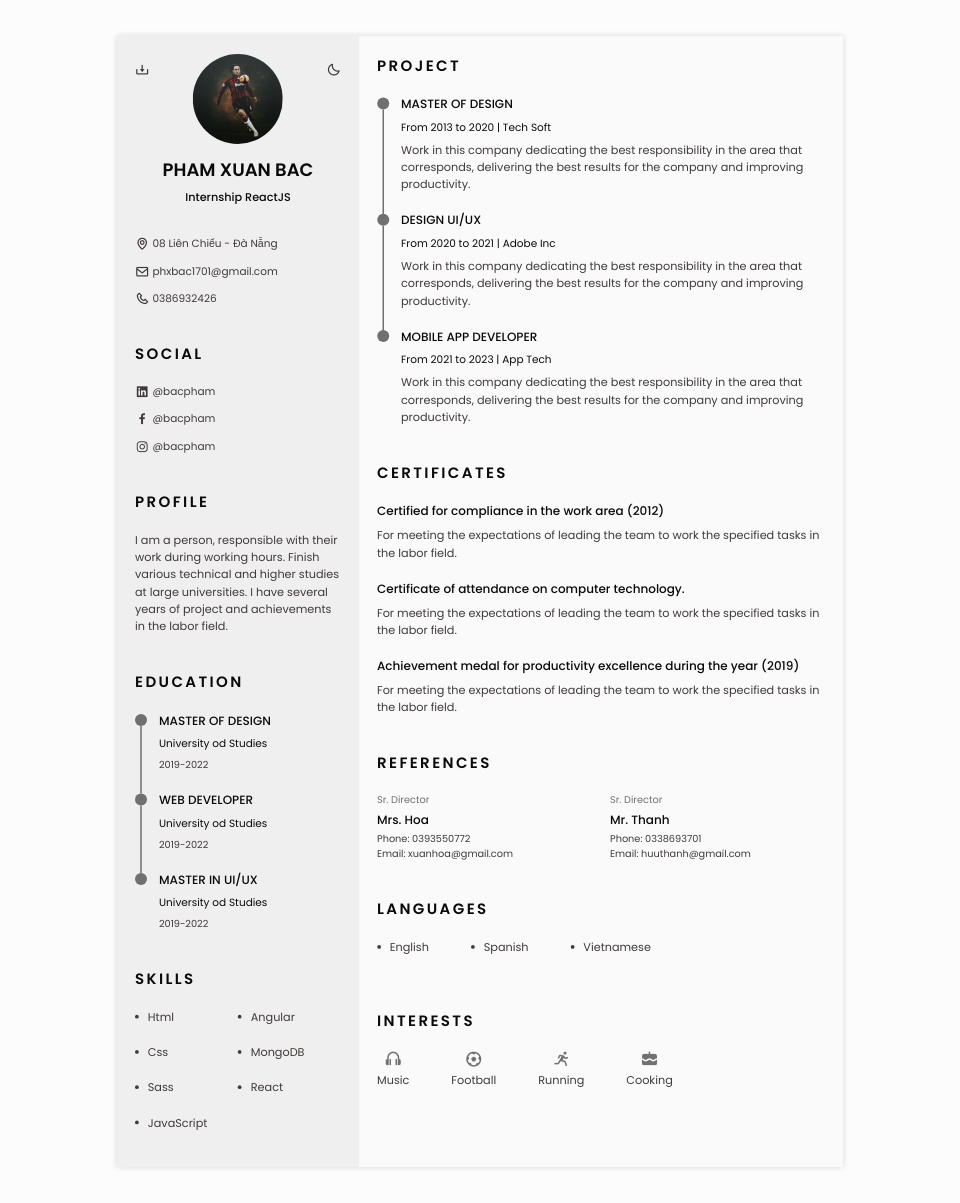
Repository: northpx/myCV
Page: index.html
The author's editor kept a copy of each file at every save. The page is drawn from the files as they stood at one save, then again after the next save.
The browser window is 1280 px wide. The pictures show the whole page, at 75% of full size.

Above is the page before, as saved 2023-02-23 16:13:42.

After the next save:
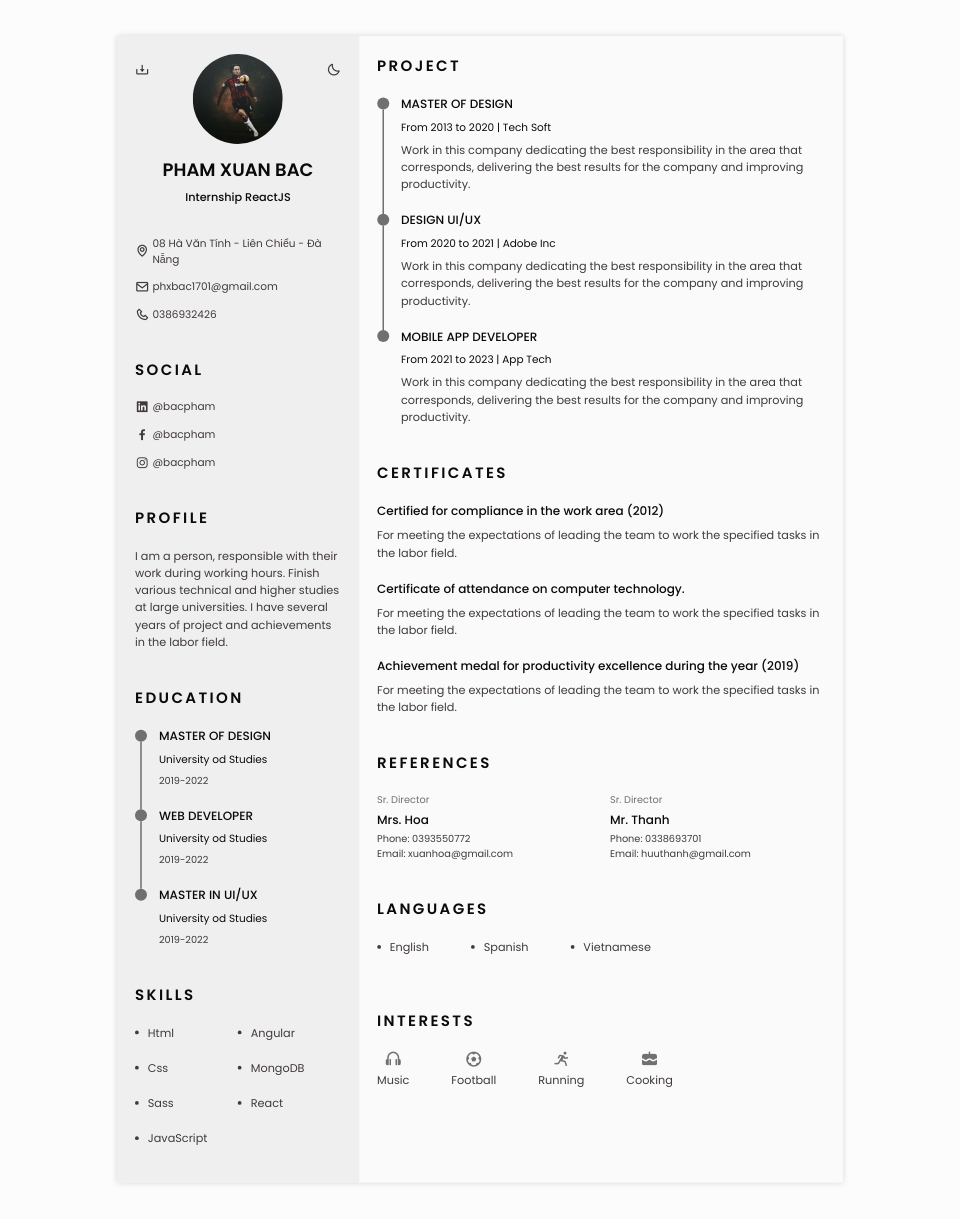
Saved 7 s later.
--- a/index.html
+++ b/index.html
@@ -73,7 +73,7 @@
                         </div>
                         <div class="home__address bd-grid">
                             <span class="home__information">
-                                <i class="bx bx-map home__icon"></i> 08 Liên Chiểu - Đà Nẵng
+                                <i class="bx bx-map home__icon"></i> 08 Hà Văn Tính - Liên Chiểu - Đà Nẵng
                             </span>
                             <span class="home__information">
                                 <i class="bx bx-envelope home__icon"></i> phxbac1701@gmail.com

After the 3 saves that followed:
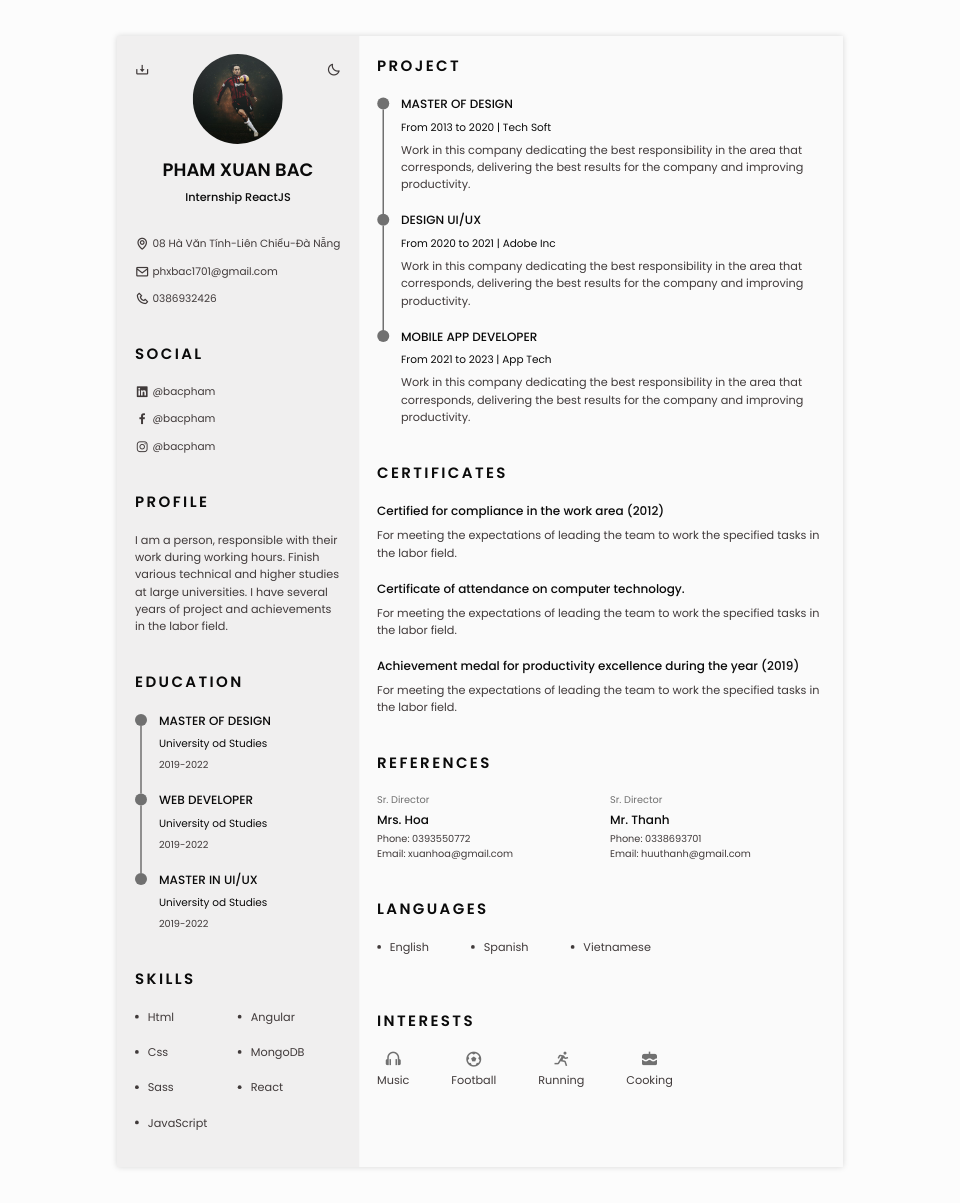
The 3 saves are shown as one change because they came seconds apart.
The last was saved 12 s later.
--- a/index.html
+++ b/index.html
@@ -73,7 +73,7 @@
                         </div>
                         <div class="home__address bd-grid">
                             <span class="home__information">
-                                <i class="bx bx-map home__icon"></i> 08 Hà Văn Tính - Liên Chiểu - Đà Nẵng
+                                <i class="bx bx-map home__icon"></i> 08 Hà Văn Tính-Liên Chiểu-Đà Nẵng
                             </span>
                             <span class="home__information">
                                 <i class="bx bx-envelope home__icon"></i> phxbac1701@gmail.com
